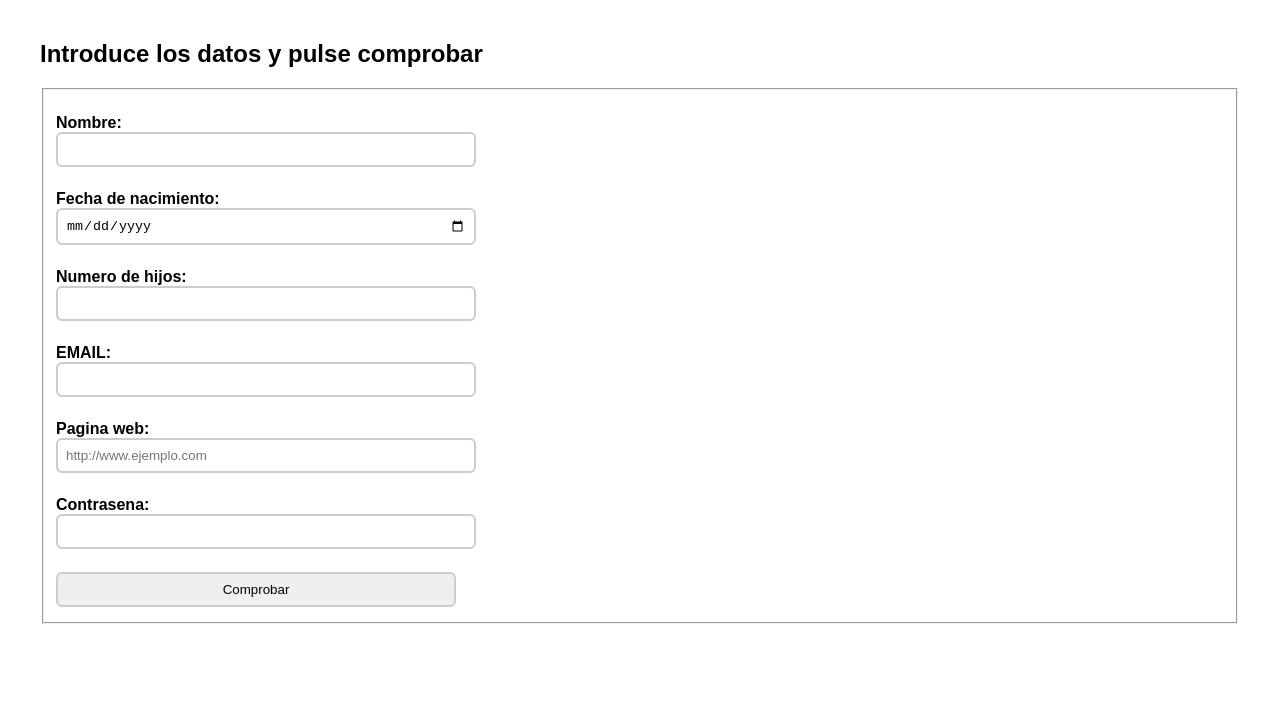
Repository: KoTvTrysaX01/2DAW-Desarrollo-WEB-en-Entorno-Cliente
Page: JAVASCRIPT/UD2/practica5/Actividad1/index.html
An editor plug-in stored every save of this project. The page is shown before and after a run of saves, followed by the edit.
The browser window is 1280 px wide. The pictures show the whole page.

Above is the page before, as saved 2025-11-01 17:30:14.

After the next 3 saves:
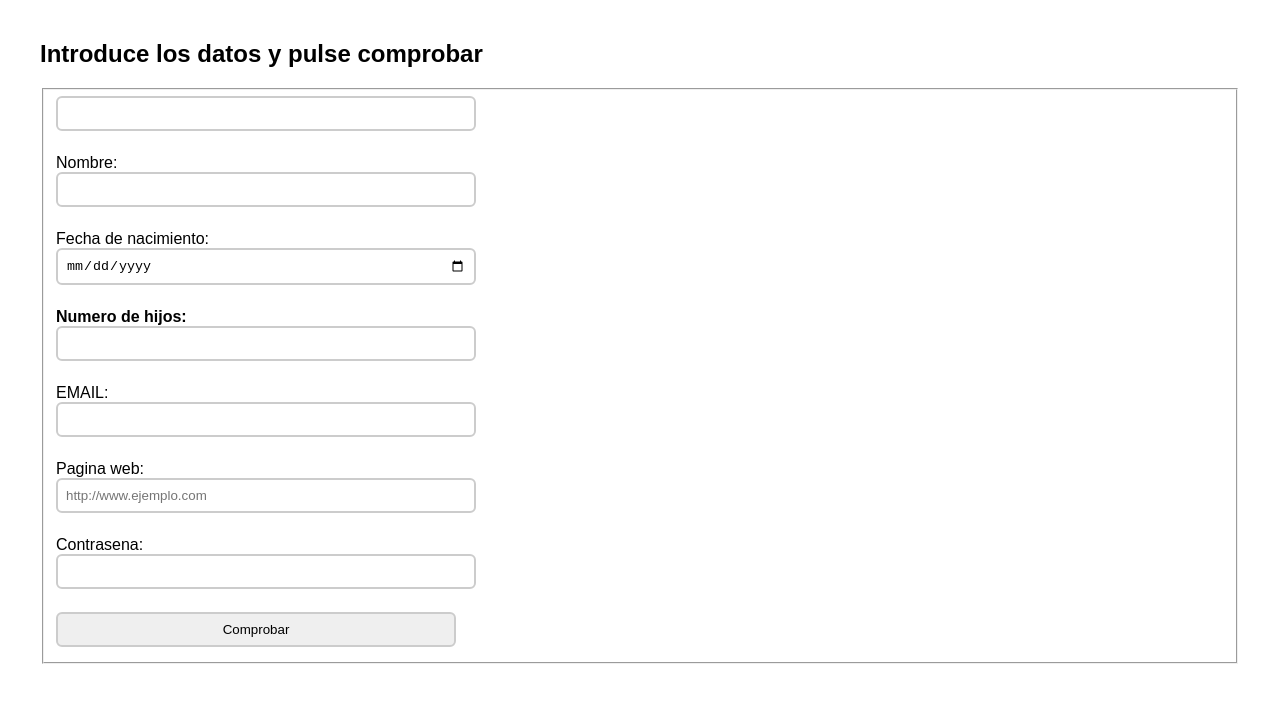
The 3 saves are shown as one change because they came seconds apart.
The last was saved 6 s later.
--- a/JAVASCRIPT/UD2/practica5/Actividad1/index.html
+++ b/JAVASCRIPT/UD2/practica5/Actividad1/index.html
@@ -8,7 +8,7 @@
     <h2>Introduce los datos y pulse comprobar</h2>
     <fieldset>
     <form id = "registartionForm" name="form1" method="post" action="" target=" _blank">
-        <label for<input id="dni" type="text" name="dni" ><br>
+        <label for = "dni"></label><input id="dni" type="text" name="dni" ><br>
         Nombre:<input id="nombre" type="text" name="nombre" ><br>
         Fecha de nacimiento: <input id="fecha" type="date" name="fecha" ><br>
          <label for="hijos">Numero de hijos:</label>
